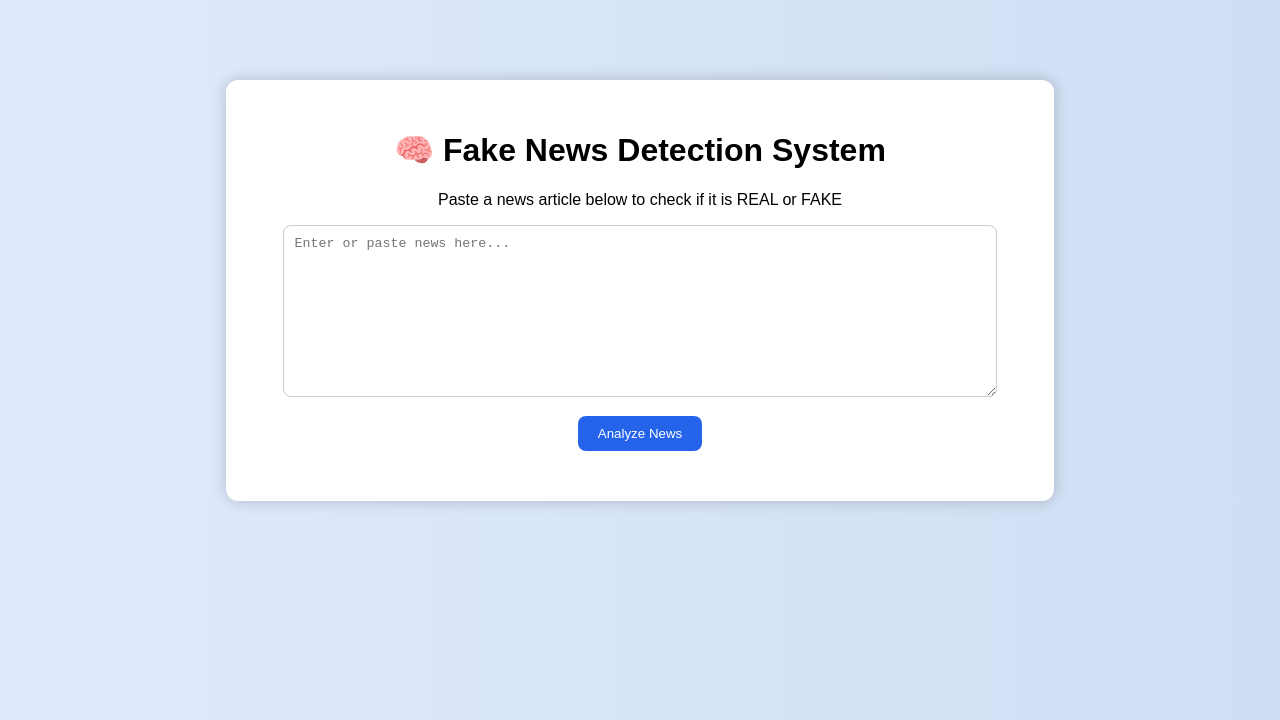
Repository: abrahamnayipoan/fake-news-detector
Page: frontend/index.html
These files come from the project's save history. The page is drawn as it stood at one moment and after the next save; the edit follows.
The browser window is 1280 px wide. The pictures show the whole page.

Above is the page before, as saved 2026-05-22 14:37:07.

### frontend/index.html
<!DOCTYPE html>
<html lang="en">

<head>
    <meta charset="UTF-8">
    <meta name="viewport" content="width=device-width, initial-scale=1.0">
    <title>Fake News Detection AI</title>

    <link rel="stylesheet" href="style.css">
</head>

<body>

    <div class="container">

        <h1>🧠 Fake News Detection System</h1>

        <p>Paste a news article below to check if it is REAL or FAKE</p>

        <textarea id="newsInput" placeholder="Enter or paste news here..."></textarea>

        <br>

        <button onclick="predictNews()">Analyze News</button>

        <h2 id="result"></h2>

    </div>

    <script src="script.js"></script>

</body>

</html>

### frontend/style.css
body {
    font-family: Arial, sans-serif;
    background: linear-gradient(to right, #e0eafc, #cfdef3);
    text-align: center;
    margin: 0;
    padding: 0;
}

.container {
    margin-top: 80px;
    background: white;
    width: 60%;
    margin-left: auto;
    margin-right: auto;
    padding: 30px;
    border-radius: 12px;
    box-shadow: 0px 0px 15px rgba(0,0,0,0.2);
}

textarea {
    width: 90%;
    height: 150px;
    padding: 10px;
    border-radius: 8px;
    border: 1px solid #ccc;
}

button {
    margin-top: 15px;
    padding: 10px 20px;
    background: #2563eb;
    color: white;
    border: none;
    border-radius: 8px;
    cursor: pointer;
}

button:hover {
    background: #1d4ed8;
}

h2 {
    margin-top: 20px;
}

### frontend/script.js
async function predictNews() {
    const text = document.getElementById("newsInput").value;
    const result = document.getElementById("result");

    if (text.trim() === "") {
        result.innerHTML = "Please enter news text!";
        return;
    }

    result.innerHTML = "Analyzing...";

    try {
        const response = await fetch("http://127.0.0.1:5000/predict", {
            method: "POST",
            headers: {
                "Content-Type": "application/json"
            },
            body: JSON.stringify({ text: text })
        });

        const data = await response.json();

        result.innerHTML = data.prediction;

        if (data.prediction.includes("FAKE")) {
            result.style.color = "red";
        } else {
            result.style.color = "green";
        }

    } catch (error) {
        console.log(error);
        result.innerHTML = "❌ Backend not connected";
        result.style.color = "orange";
    }
}

After the next save:
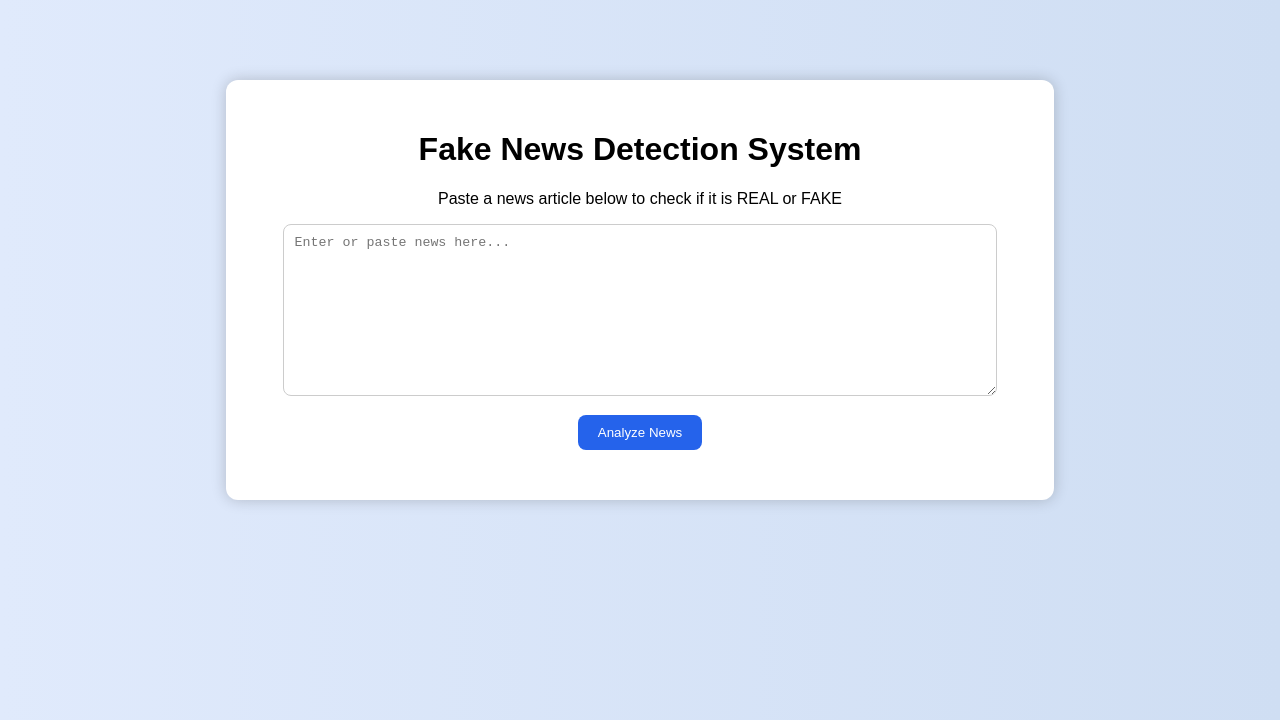
Saved 15 min 38 s later.
--- a/frontend/index.html
+++ b/frontend/index.html
@@ -13,7 +13,7 @@
 
     <div class="container">
 
-        <h1>🧠 Fake News Detection System</h1>
+        <h1> Fake News Detection System</h1>
 
         <p>Paste a news article below to check if it is REAL or FAKE</p>
 
